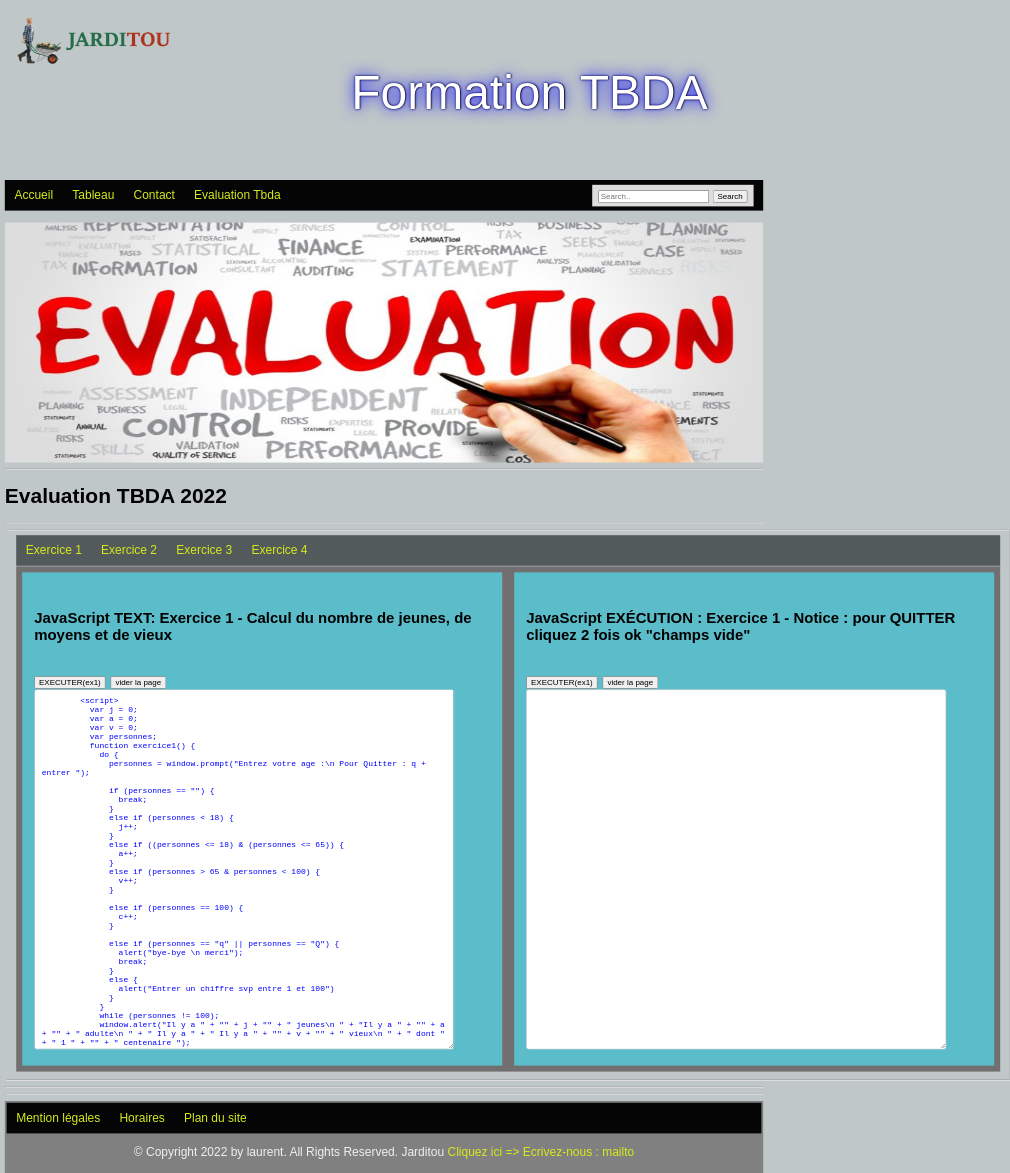
Repository: laurentbul/jarditou
Page: javascript/EvaluationTbda/eval_ex1.html
An editor plug-in stored every save of this project. The page is shown before and after the next save, followed by the edit.
The browser window is 1280 px wide. The page is 1684 px wide, so the pictures cover 1684 px, including what lies to the right of the window. The pictures show the whole page, at 60% of full size.
An inner scrolling area shows only its first screen.

Above is the page before, as saved 2022-12-16 03:31:30.

After the next save:
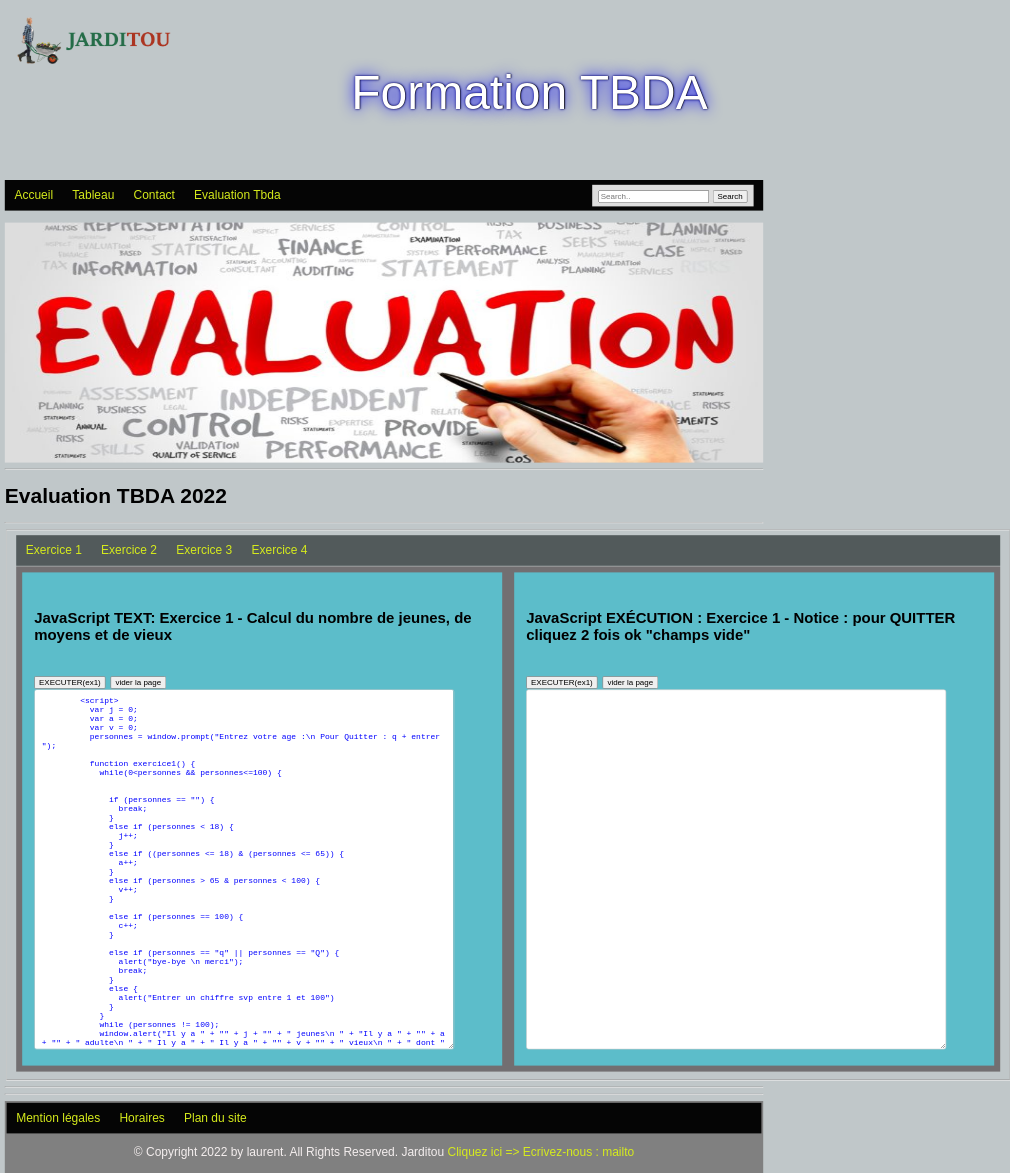
Saved 2 min 52 s later.
--- a/javascript/EvaluationTbda/eval_ex1.html
+++ b/javascript/EvaluationTbda/eval_ex1.html
@@ -75,10 +75,11 @@
           var j = 0;
           var a = 0;
           var v = 0;
-          var personnes;
+          personnes = window.prompt("Entrez votre age :\n Pour Quitter : q + entrer ");
+
           function exercice1() {
-            do {
-              personnes = window.prompt("Entrez votre age :\n Pour Quitter : q + entrer ");
+            while(0<personnes && personnes<=100) {
+
 
               if (personnes == "") {
                 break;
@@ -106,7 +107,7 @@
               }
             }
             while (personnes != 100);
-            window.alert("Il y a " + "" + j + "" + " jeunes\n " + "Il y a " + "" + a + "" + " adulte\n " + " Il y a " + " Il y a " + "" + v + "" + " vieux\n " + " dont " + " 1 " + "" + " centenaire ");
+            window.alert("Il y a " + "" + j + "" + " jeunes\n " + "Il y a " + "" + a + "" + " adulte\n " + " Il y a " + " Il y a " + "" + v + "" + " vieux\n " + " dont " +  c + "" + " centenaire ");
             document.getElementById("ex1").innerHTML = "Il y a " + "" + j + "" + " jeunes\n " + "Il y a " + "" + a + "" + " adulte\n " + " Il y a " + " Il y a " + "" + v + "" + " vieux\n " + " dont " + " 1 " + "" + " centenaire ";
             //document.write("Il y a " + "" + j + "" + " jeunes\n " + "Il y a " + "" + a + "" + " adulte\n " + " Il y a " + " Il y a " + "" + v + "" +" vieux\n " + " dont "+ " 1 " + "" + " centenaire ");
           }
